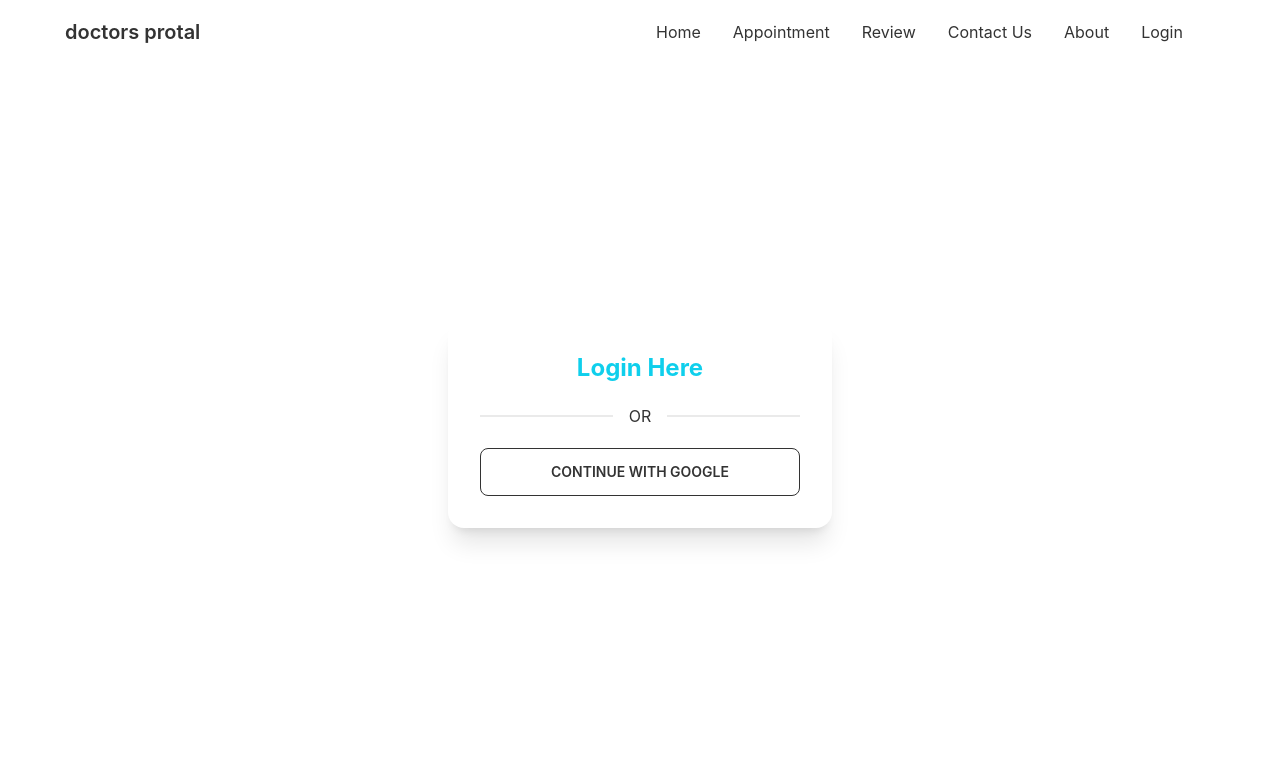
Repository: mdrubel02/doctor-protal
Page: /login
The author's editor kept a copy of each file at every save. The page is drawn from the files as they stood at one save, then again after the next save.
The browser window is 1280 px wide. The pictures show the whole page.
The project was rebuilt for these pictures with package versions that can differ from the ones it lists, and the page was loaded fresh each time. Also part of the build but not shown: src/App.css, src/Pages/About/About.js, src/Pages/Shared/Footer/Footer.js, src/Pages/Appointment/AppointmentBanner.js, src/Pages/Appointment/BookingModal.js, src/Pages/Appointment/Service.js, src/Pages/Appointment/AvailableAppointment.js, src/Pages/Appointment/Appointment.js and 2 more. Imported but missing from the stored project, and not drawn on this page: src/Pages/Contact/Contact.

Above is the page before, as saved 2022-05-15 01:02:29.

After the next save:
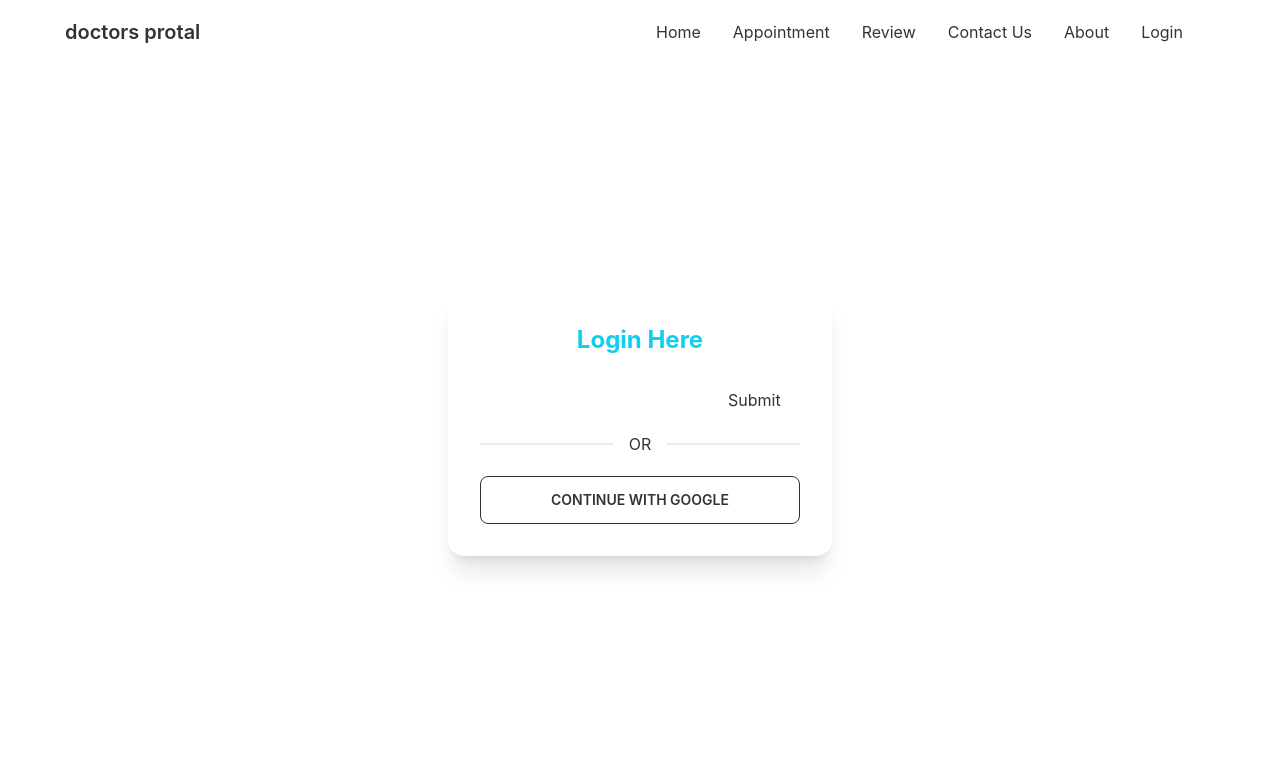
Saved 7 min 27 s later.
--- a/src/Pages/Login/Login.js
+++ b/src/Pages/Login/Login.js
@@ -1,11 +1,16 @@
 import React from 'react';
-import { useSignInWithGoogle} from 'react-firebase-hooks/auth';
+import { useSignInWithGoogle } from 'react-firebase-hooks/auth';
 import { auth } from '../../firebase.init'
+import { useForm } from "react-hook-form";
 
 const Login = () => {
     const [signInWithGoogle, user] = useSignInWithGoogle(auth);
+    const { register, formState: { errors }, handleSubmit } = useForm();
+    const onSubmit = data => {
+        console.log(data)
+    };
 
-    if(user){
+    if (user) {
         console.log(user)
     }
     return (
@@ -13,7 +18,15 @@ const Login = () => {
             <div className="card w-96 bg-base-100 shadow-xl">
                 <div className="card-body">
                     <h2 className="text-center text-2xl font-bold text-primary">Login Here</h2>
+                    <form onSubmit={handleSubmit(onSubmit)}>
+                        <input {...register("firstName", { required: true })} />
+                        {errors.firstName?.type === 'required' && "First name is required"}
 
+                        <input {...register("lastName", { required: true })} />
+                        {errors.lastName && "Last name is required"}
+
+                        <input type="submit" />
+                    </form>
                     <div className="divider">OR</div>
                     <button onClick={() => signInWithGoogle()} className="btn btn-outline">Continue With Google</button>
 
